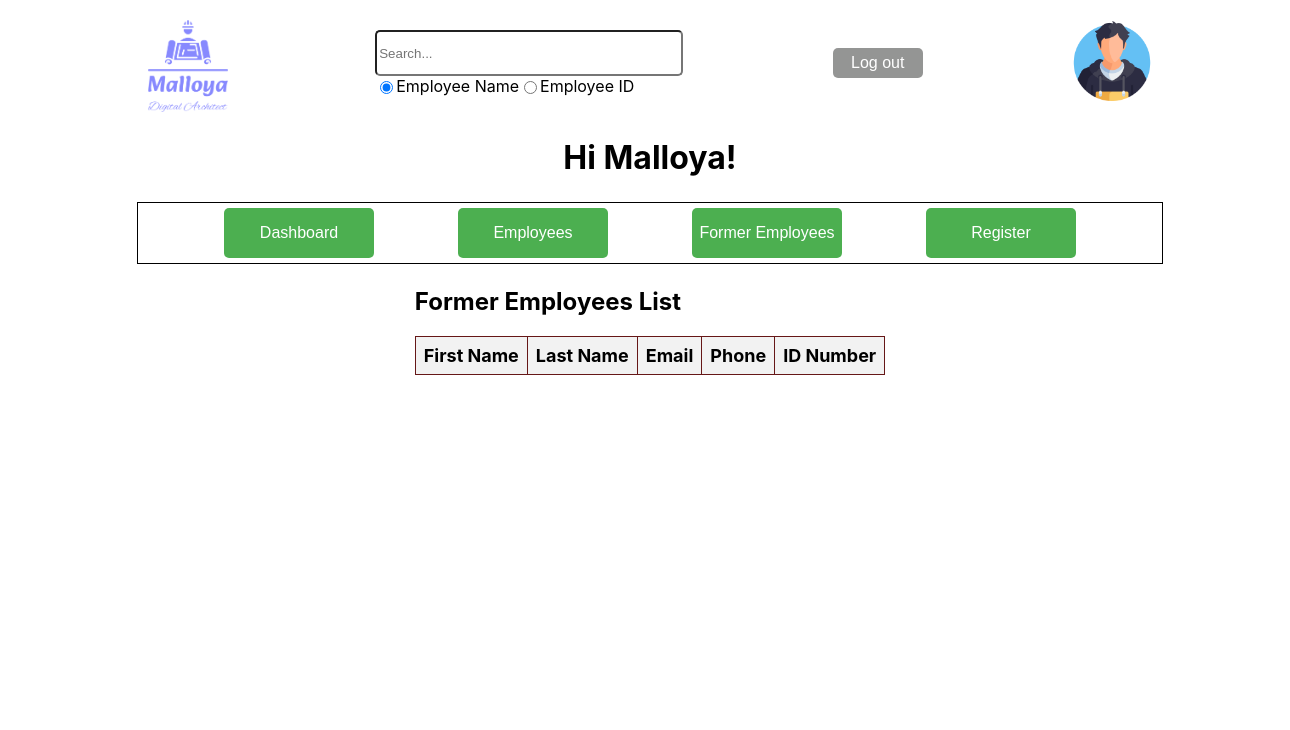
Repository: SbuKhoza/register
Page: /former-employees
These files come from the project's save history. The page is drawn as it stood at one moment and after a run of saves; the edit follows.
The browser window is 1280 px wide. The page is 1290 px wide, so the pictures cover 1290 px, including what lies to the right of the window. The pictures show the whole page.
The project was rebuilt for these pictures with package versions that can differ from the ones it lists, and the page was loaded fresh each time. Also part of the build but not shown: src/Form.css, src/Form.js, src/Home.js, src/Login.css, src/Login.js, src/Employee.css, src/Employ.js, src/Employee.js and 3 more.

Above is the page before, as saved 2024-07-22 15:38:16.

### src/App.js
import './App.css';
import Home from './Home';
import Login from './Login';
import Employee from './Employee';
import FEmployee from './FEmployee';
import Register from './Register';
import EditEmployee from './EditEmployee';
import { BrowserRouter, Routes, Route } from "react-router-dom";

function App() {
    return (
        <div className="App">
            <BrowserRouter>
                <Routes>
                    <Route path="/" element={<Login />} />
                    <Route path="/home" element={<Home />} />
                    <Route path="/employees" element={<Employee />} />
                    <Route path="/former-employees" element={<FEmployee />} />
                    <Route path="/register" element={<Register />} />
                    <Route path="/edit-employee/:id" element={<EditEmployee />} />
                </Routes>
            </BrowserRouter>
        </div>
    );
}

export default App;

### src/App.css
body {
    height: 100vh;

}

### src/FEmployee.js
import React, { useState } from 'react';
import './Home.css';
import Fempl from './Fempl';
import { useNavigate } from 'react-router-dom';

function FEmployee() {
    const [searchOption, setSearchOption] = useState('fname');
    const [searchValue, setSearchValue] = useState('');
    const navigate = useNavigate();

    const handleOptionChange = (event) => {
        setSearchOption(event.target.value);
        setSearchValue('');
    };

    const handleSearchChange = (event) => {
        const value = event.target.value;
        if (searchOption === 'fname') {
            if (/^[a-zA-Z]*$/.test(value)) {
                setSearchValue(value);
            }
        } else if (searchOption === 'emp-id') {
            if (/^\d*$/.test(value)) {
                setSearchValue(value);
            }
        }
    };

    const handleSearch = () => {
        console.log(`Searching for ${searchValue} by ${searchOption}`);
    };

    const handleLogout = () => {
        navigate('/');
    };

    return (
        <div className="App">
            <div className='container'>
                <div className='heading'>
                    <nav>
                        <div className='logo'>
                            <img src='logo.png' alt='logo'></img>
                        </div>

                        <div className='search'>
                            <input type='text' placeholder='Search...' id='search'
                                value={searchValue}
                                onChange={handleSearchChange}
                            ></input>
                            <div className='rad'>
                                <input
                                    type='radio'
                                    id='nam'
                                    name='searchOption'
                                    value='fname'
                                    checked={searchOption === 'fname'}
                                    onChange={handleOptionChange}
                                ></input>
                                <label htmlFor='nam'>Employee Name</label>
                                <input
                                    type='radio'
                                    id='eid'
                                    name='searchOption'
                                    value='emp-id'
                                    checked={searchOption === 'emp-id'}
                                    onChange={handleOptionChange}
                                ></input>
                                <label htmlFor='eid'>Employee ID</label>
                            </div>
                        </div>

                        <div className='logout'>
                            <button type='button' className='btn' onClick={handleLogout}>Log out</button>
                        </div>

                        <div className='profile'>
                            <img src='boy.png' alt='profile'></img>
                        </div>
                    </nav>
                </div>

                <div className='nav2'>
                    <h1>Hi Malloya!</h1>
                </div>

                <div className='nav3'>
                    <div className='dash'>
                        <button type='button' className='btn' onClick={() => navigate('/home')}>Dashboard</button>
                        <button type='button' className='btn' onClick={() => navigate('/employees')}>Employees</button>
                        <button type='button' className='btn' onClick={() => navigate('/former-employees')}>Former Employees</button>
                        <button type='button' className='btn' onClick={() => navigate('/register')}>Register</button>
                    </div>
                </div>

                <div className='main'>
                    <Fempl/>

                </div>
            </div>
        </div>
    );
}

export default FEmployee;

### src/Home.css


.container {
    display: grid;
    height: 100vh;
    width: 100%;
    margin: 10px;
    grid-template-columns: 0.5fr 1fr 1fr 0.5fr;
    grid-template-rows: 0.3fr 0.2fr 0.3fr 2fr;
    grid-template-areas: 'nav nav nav nav'
    'nav2 nav2 nav2 nav2'
    'nav3 nav3 nav3 nav3'
    'body body body body'

}

.heading {
    grid-area: nav;
    display: flex;
    width: 100%;
    justify-content: center;
    align-items: center;
}


nav {
    width: 90%;
    grid-area: nav;
    display: flex;
    justify-content: space-around;
    align-items: center;
}

.logo {
    margin-top: 10px;
    width: 80px;

}

.logo img {
    width: 100%;
    object-fit:fill;
}

.profile {
    width: 80px;
}

.profile img {
    width: 100%;
    object-fit: cover;
}
.search {
    display: flex;
    flex-direction: column;
}

.rad {
    display: flex;
}

#search {
    height: 40px;
    width: 300px;
    border-radius: 5px;
}

.btn {
    height: 30px;
    width: 90px;
    background-color: #6a6b6ab6;
    color: white;
    border: none;
    border-radius: 5px;
    text-align: center;
    text-decoration: none;
    display: inline-block;
    font-size: 16px;
    margin: 4px 2px;
}

.nav2 {
    grid-area: nav2;
    text-align: center;

}


.nav3 {
    grid-area: nav3;
    display: flex;
    justify-content: space-around;
    align-items: center;
}

.dash {
    width: 80%;
    height: 60px;
    border: 1px solid black;
    display: flex;
    justify-content: center;
    align-items: center;
    gap:80px;

}

.dash button {
    width: 150px;
    height: 50px;
    background-color: #4CAF50;
    color: white;
    border: none;
    border-radius: 5px;
    text-align: center;
    text-decoration: none;
    display: inline-block;
    font-size: 16px;
    margin: 4px 2px;
    cursor: pointer;

}

.main {
    grid-area: body;
    display: flex;
    justify-content: center;

}

### src/Fempl.js
import './FEmployee.css';
import { useEffect, useState } from 'react';

function Fempl() {
    const [formerEmployees, setFormerEmployees] = useState([]);

    useEffect(() => {
        const storedFormerEmployees = JSON.parse(localStorage.getItem('formerEmployees')) || [];
        setFormerEmployees(storedFormerEmployees);
    }, []);

    return (
        <div className="FEmployee">
            <h2>Former Employees List</h2>
            <table>
                <thead>
                    <tr>
                        <th>First Name</th>
                        <th>Last Name</th>
                        <th>Email</th>
                        <th>Phone</th>
                        <th>ID Number</th>
                    </tr>
                </thead>
                <tbody>
                    {formerEmployees.map((employee, index) => (
                        <tr key={index}>
                         <td>{employee.name}</td>
                         <td>{employee.sname}</td>
                         <td>{employee.email}</td>
                         <td>{employee.phone}</td>
                         <td>{employee.idnum}</td>
                     </tr>
                  ))}
              </tbody>
         </table>
     </div>
 );
};

export default Fempl;

### src/FEmployee.css
.FEmployee table {
    width: 100%;
    border-collapse: collapse;
    margin: 20px 0;
    font-size: 18px;
    text-align: left;
}

.FEmployee th, .FEmployee td {
    border: 1px solid #661717;
    padding: 8px;
}

.FEmployee th {
    background-color: #f2f2f2;
}

Loaded but not shown: public/index.html (common file); src/index.js (common file); src/index.css (common file); src/reportWebVitals.js (common file)

After the next 2 saves:
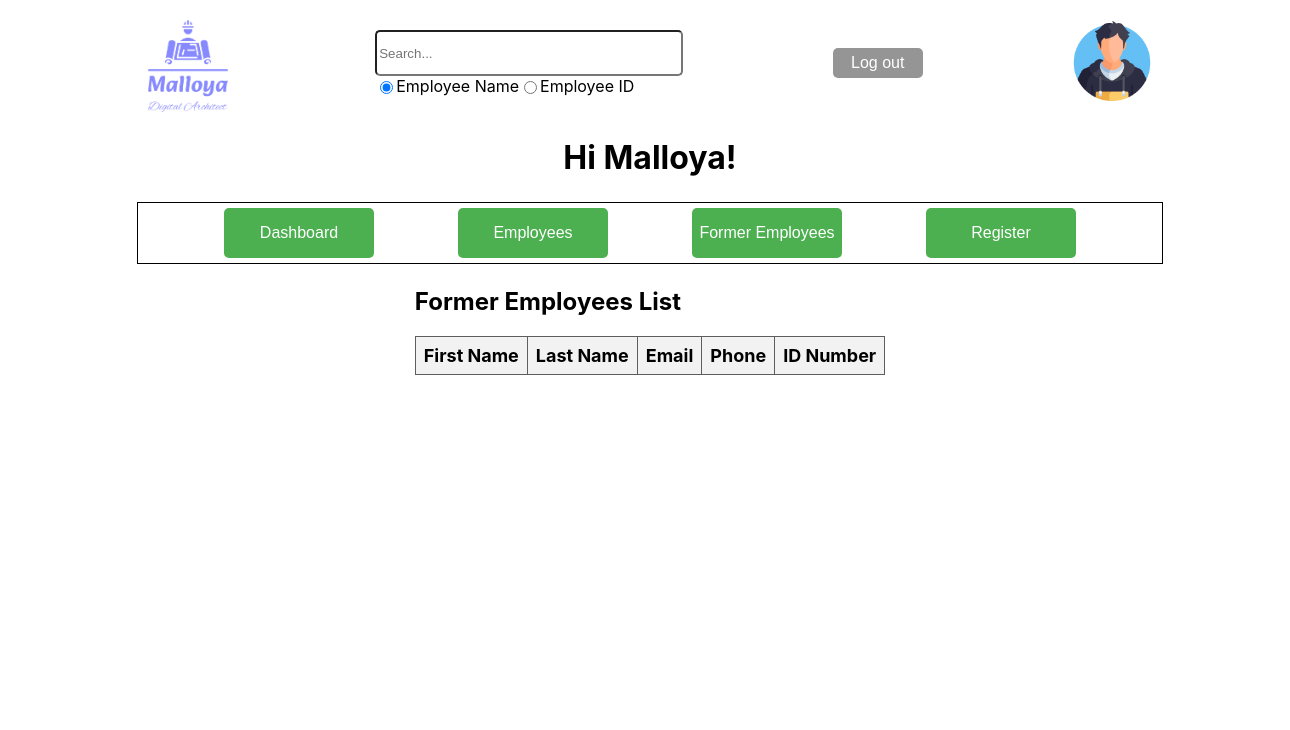
The 2 saves are shown as one change because they came seconds apart.
The last was saved 17 s later.
--- a/src/FEmployee.css
+++ b/src/FEmployee.css
@@ -7,7 +7,7 @@
 }
 
 .FEmployee th, .FEmployee td {
-    border: 1px solid #661717;
+    border: 1px solid #5f5d5d;
     padding: 8px;
 }
 
